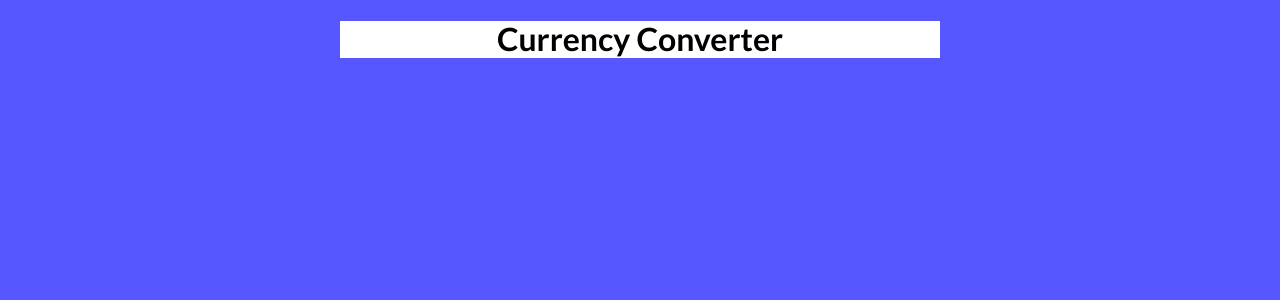
Repository: kkasperczyk/currency-converter
Page: index.html
The author's editor kept a copy of each file at every save. The page is drawn from the files as they stood at one save, then again after the next save.
The browser window is 1280 px wide. The pictures show the whole page.

Above is the page before, as saved 2020-06-15 21:56:10.

### index.html
<!DOCTYPE html>
<html lang="en">

<head>
    <meta charset="UTF-8">
    <meta name="viewport" content="width=device-width, initial-scale=1.0">
    <link rel="stylesheet" href="https://cdnjs.cloudflare.com/ajax/libs/normalize/8.0.1/normalize.min.css"
        integrity="sha256-l85OmPOjvil/SOvVt3HnSSjzF1TUMyT9eV0c2BzEGzU=" crossorigin="anonymous" />
    <link rel="stylesheet" href="css/global.css">
    <link rel="stylesheet" href="css/container.css">
    <link rel="stylesheet" href="css/header.css">
    <script defer src="js/script.js"></script>
    <link href="https://fonts.googleapis.com/css2?family=Lato:ital,wght@0,400;0,700;1,400&display=swap" rel="stylesheet">
    <title>Currency Converter</title>
</head>

<body>
    <div class="container">
        <header class="header">
            <h1 class="header__title">Currency Converter</h1>
        </header>
    </div>
</body>

</html>

### css/global.css
html {
  box-sizing: border-box;
}

*,
::after,
::before {
  box-sizing: inherit;
}

body {
  font-family: "Lato", sans-serif;
  background-color: rgb(87, 87, 255);
}

### css/container.css
.container {
    max-width: 600px;
    margin: 0 auto;
    background-color: white;
}

### css/header.css
.header {
    text-align: center;
}

.header__title {

}

### js/script.js
console.log("Hi all developers! Nice to see you here.");

After the next save:
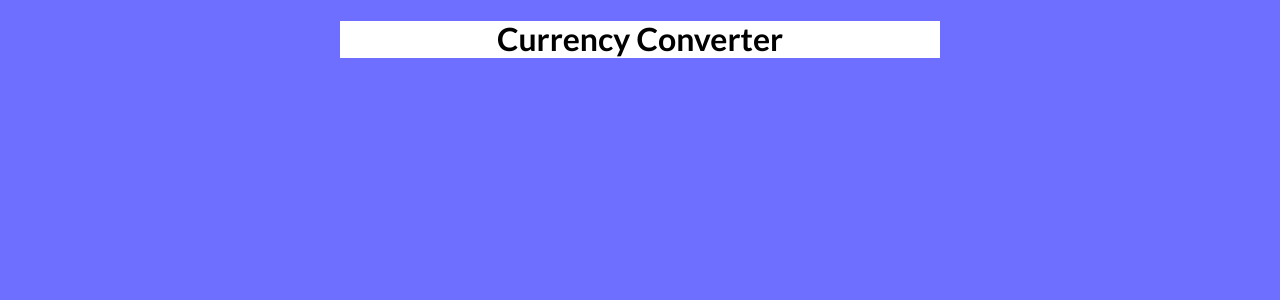
Saved 4 s later.
--- a/css/global.css
+++ b/css/global.css
@@ -10,5 +10,5 @@ html {
 
 body {
   font-family: "Lato", sans-serif;
-  background-color: rgb(87, 87, 255);
+  background-color: rgb(111, 111, 255);
 }
